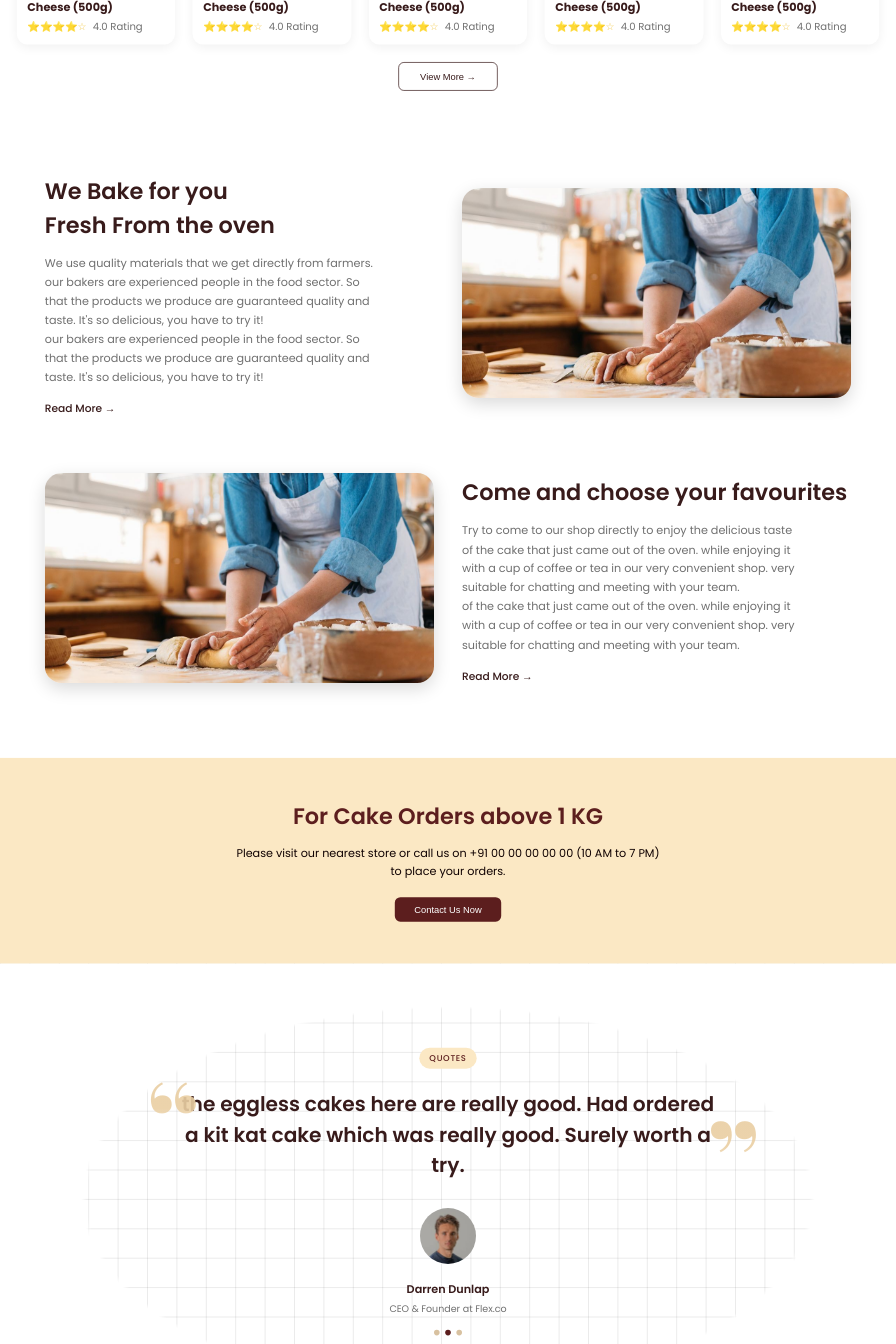
Repository: josegabrielzevallos/chocobrat-bakery-website
Page: index.html
These files come from the project's save history. The page is drawn as it stood at one moment and after the next save; the edit follows.
The browser window is 1280 px wide. The pictures show the part of the page from y = 874 to 2794 px (the page is 2922 px tall before and 4668 px after), at 70% of full size.

Above is the page before, as saved 2025-11-20 18:41:25.

### index.html
<!DOCTYPE html>
<html lang="en">
<head>
    <meta charset="UTF-8" />
    <meta name="viewport" content="width=device-width, initial-scale=1.0" />
    <title>Chocobrat Bakery</title>

    <link href="https://fonts.googleapis.com/css2?family=Poppins:wght@300;400;500;600;700&family=Playfair+Display:wght@400;600;700;800;900&display=swap" rel="stylesheet">

    <link rel="stylesheet" href="styles.css" />
</head>
<body>

    <!-- NAVBAR -->
    <header>
        <nav class="navbar container">
            <h1 class="logo">Chocobrat</h1>

            <ul class="nav-links">
                <li><a class="active" href="#">Home</a></li>
                <li class="dropdown">
                    <a href="#">Categories ▾</a>
                </li>
                <li><a href="#">About Us</a></li>
                <li><a href="#">Contact Us</a></li>
            </ul>

            <div class="nav-actions">
                <input type="text" placeholder="Search" class="search-box" />
                <button class="icon-btn">🔍</button>
                 <button class="icon-btn">👤</button>
                <button class="icon-btn">🛒</button>

            </div>
        </nav>
    </header>

    <!-- HERO SECTION -->
    <section class="hero container">
        <div>
        <div class="hero-text">
            <div class="hero-img">
                <img src="./assets/images/b1-cake.png" alt="Cake">
            </div>
            <div class="carousel container">
                <div class="slider-controls">
                    <span class="arrow" id="prev">&larr;</span>
                    <span class="slide-text">01/7</span>
                    <span class="arrow" id="next">&rarr;</span>
                </div>
                <img src="assets/images/b2-cake.jpeg" class="thumb" />
                <img src="assets/images/b3-cake-red.png" class="thumb" />
                <img src="assets/images/b4-cake.jpg" class="thumb" />

            </div>
                <h2>Bring you Happiness <br> through a piece of cake</h2>
                <p>We make different type of cakes, chocolate, soft cookies, cheesecake pie or anything you want.</p>

                <div class="hero-buttons">
                    <button class="btn primary">Order Now</button>
                    <button class="btn secondary">See All Menus</button>
                </div>
            </div>


        </div>
        <div class="hero-ba" >
            <!-- CAROUSEL STATIC -->


            <div class="title-row">
                <h2>Try Our Best Selling</h2>
                <div class="divider"></div>
                <p>Here’s our best creations that everyone loves. Lightness and sweetness of the cake...</p>
            </div>
        </div>
    </section>



    <!-- BEST SELLING SECTION -->
    <section class="best-selling container">


        <div class="product-grid">

            <!-- CARD 1 -->
            <article class="card">
                <img src="assets/images/b5-cakes.png" alt="">
                <h3>Red Velvet & Cream Cheese (500g)</h3>
                <div class="rating">
                    ⭐⭐⭐⭐☆ <span>4.0 Rating</span>
                </div>
            </article>

            <!-- CARD 2 -->
            <article class="card">
                <img src="assets/images/b6-cakes.png" alt="">
                <h3>Red Velvet & Cream Cheese (500g)</h3>
                <div class="rating">
                    ⭐⭐⭐⭐☆ <span>4.0 Rating</span>
                </div>
            </article>

            <!-- CARD 3 -->
            <article class="card">
                <img src="assets/images/b7-cakes.png" alt="">
                <h3>Red Velvet & Cream Cheese (500g)</h3>
                <div class="rating">
                    ⭐⭐⭐⭐☆ <span>4.0 Rating</span>
                </div>
            </article>

            <!-- CARD 4 -->
            <article class="card">
                <img src="assets/images/b8-cakes.png" alt="">
                <h3>Red Velvet & Cream Cheese (500g)</h3>
                <div class="rating">
                    ⭐⭐⭐⭐☆ <span>4.0 Rating</span>
                </div>
            </article>
              <!-- CARD 5 -->
            <article class="card">
                <img src="assets/images/b9-cakes.png" alt="">
                <h3>Red Velvet & Cream Cheese (500g)</h3>
                <div class="rating">
                    ⭐⭐⭐⭐☆ <span>4.0 Rating</span>
                </div>
            </article>
        </div>

        <center>
            <button class="btn view-more">View More →</button>
        </center>
    </section>

        <!-- STORY / ABOUT BAKERY SECTION -->
    <section class="story container">
        <article class="story-card">

            <div class="story-text">
                <h2>We Bake for you<br>Fresh From the oven</h2>
                <p>
                    We use quality materials that we get directly from farmers.
                    <br>our bakers are experienced people in the food sector. So
                    <br>that the products we produce are guaranteed quality and
                    <br>taste. It's so delicious, you have to try it!
                    <br>our bakers are experienced people in the food sector. So
                    <br>that the products we produce are guaranteed quality and
                    <br>taste. It's so delicious, you have to try it!
                </p>
                <a href="#" class="story-link">Read More →</a>
            </div>
            <div class="story-img">
                <img src="./assets/images/b9-women.jpeg" alt="Baker preparing pastry">
            </div>

        </article>


        <article class="story-card">

            <div class="story-img">
                <img src="./assets/images/b9-women.jpeg" alt="Baker rolling dough">
            </div>

            <div class="story-text">
                <h2>Come and choose your favourites</h2>
                <p>
                    Try to come to our shop directly to enjoy the delicious taste
                    <br>of the cake that just came out of the oven. while enjoying it
                    <br>with a cup of coffee or tea in our very convenient shop. very
                    <br>suitable for chatting and meeting with your team.
                    <br>of the cake that just came out of the oven. while enjoying it
                    <br>with a cup of coffee or tea in our very convenient shop. very
                    <br>suitable for chatting and meeting with your team.
                </p>
                <a href="#" class="story-link">Read More →</a>
            </div>

        </article>

    </section>

    <!-- CAKE ORDER BANNER -->
    <section class="order-banner">
        <div class="order-banner-inner">
            <h2>For Cake Orders above 1 KG</h2>
            <p>
                Please visit our nearest store or call us on +91 00 00 00 00 00 (10 AM to 7 PM)
            <br>
                to place your orders.
            </p>
            <button class="btn primary order-btn">Contact Us Now</button>
        </div>
    </section>

    <!-- QUOTES SECTION -->
    <section class="quotes-section">
        <div class="container quotes-inner">
            <span class="quotes-label">QUOTES</span>

            <p class="quote-text">
                the eggless cakes here are really good. Had ordered a kit kat cake which was
                really good. Surely worth a try.
            </p>

            <div class="quote-author">
                <div class="quote-avatar">
                    <img src="./assets/images/b10-man.jpeg" alt="Darren Dunlap">
                </div>
                <h3>Darren Dunlap</h3>
                <p class="quote-role">CEO &amp; Founder at Flex.co</p>

                <div class="quote-dots">
                    <span class="quote-dot"></span>
                    <span class="quote-dot active"></span>
                    <span class="quote-dot"></span>
                </div>
            </div>
        </div>
    </section>

</body>
</html>

### styles.css
/* ===== RESET ===== */
* {
    margin: 0;
    padding: 0;
    box-sizing: border-box;
}

body {
    font-family: "Poppins", sans-serif;
    background-color: #ffffff;
    background-color: #FFF;
    color: #381B1B;
}

.container {
    max-width: 1478px;
    margin: 0 auto;        /* centra TODAS las secciones */
    padding: 0 24px;        /* padding uniforme sin empujar a la izquierda */
}


/* ===== NAVBAR ===== */
header {
    background: #FFF;
    padding: 0px 0;
}

.navbar {
    display: flex;
    align-items: center;
    justify-content: space-between;
}

.logo {
    font-size: 1.8rem;
    font-weight: 600;
}

.nav-links {
    display: flex;
    list-style: none;
    gap: 30px;
}

.nav-links a {
    text-decoration: none;
    color: #6F6F6F;
    font-weight: 500;
}

.nav-links .active {
    color: #381B1B;
    font-weight: 600;
}

.nav-actions {
    display: flex;
    align-items: center;
    gap: 12px;
}

.search-box {
    padding: 10px 15px;
    border-radius: 8px;
    border: 1px solid #ddd;
}

.icon-btn {
    background: #5C1E1E;
    color: #fff;
    padding: 10px;
    border-radius: 8px;
    border: none;
}

/* ===== HERO ===== */
.hero {
    /* display: flex; */
    display: block;
    align-items: center;
    justify-content: space-between;
    background: linear-gradient(to right, white, #f1ecdc);

    margin-top: 40px;
    background-color: #FFF8F2;
    border-radius: 16px;
}

.hero-text {
    max-width: 100%;
}
.hero-back{
    /* float: right; */
    margin-top: 200px;
    margin-right: 50px;
}

.hero-text h2 {
    font-size: 2.8rem;
    line-height: 1.2;
    margin-bottom: 15px;
}

.hero-text p {
    font-size: 1rem;
    color: #6F6F6F;
    margin-bottom: 25px;
}

.hero-buttons {
    display: flex;
    gap: 15px;
}

.btn {
    padding: 12px 30px;
    font-weight: 500;
    border-radius: 8px;
    border: none;
    cursor: pointer;
}

.primary {
    background: #5C1E1E;
    color: white;
}

.secondary {
    background: white;
    border: 1px solid #5C1E1E;
    color: #5C1E1E;
}

.hero-img img {
    width: 480px;
    border-radius: 12px;
    float: right;
}

/* ===== CAROUSEL ===== */
.carousel {
    margin-top: -125px;
    display: flex;
    gap: 10px;
    clear: both;
    overflow-x: hidden;
    padding-bottom: 10px;
    float:right;
    background: #f6ffff59;
    border-top-left-radius: 64px;
    border-bottom-left-radius: 64px;

}

.slider-controls {
      display: flex;
      align-items: center;
      gap: 16px;           /* espacio entre flecha y texto */
      font-family: Arial, sans-serif;
      font-size: 18px;
    }

.divider {
  width: 1.5px;
  height: 53px; /* Ajusta el largo de la línea */
  background-color: #000000; /* Color suave como en tu imagen */
    background-color: #FFF8F2;
    border-radius: 16px;
}

.thumb {
    width: 180px;
    height: 110px;
    border-radius: 12px;
    object-fit: cover;
}

/* ===== BEST SELLING ===== */
.best-selling {
    margin-top: 60px;
}

.title-row {
    display: flex;
    justify-content: space-between;
    margin-bottom: 30px;
    clear: both;
    padding-top: 60px;
}

.title-row h2 {
    font-size: 2rem;
    color: #381B1B;
}

.title-row p {
    max-width: 45%;
    color: #6F6F6F;
}

/* ===== PRODUCT GRID ===== */
.product-grid {
    display: grid;
    grid-template-columns: repeat(5, 1fr);
    gap: 25px;
    margin-top: 30px;
}

.card {
    background: #fff;
    padding: 15px;
    border-radius: 15px;
    box-shadow: 0 4px 15px rgba(0,0,0,0.06);
}

.card img {
    width: 100%;
    height: 180px;
    border-radius: 12px;
    object-fit: cover;
}

.card h3 {
    margin: 12px 0 5px;
    font-size: 1rem;
}

.rating {
    color: #F2C94C;
    font-size: 0.9rem;
}

.rating span {
    color: #6F6F6F;
    margin-left: 5px;
}

.view-more {
    margin-top: 25px;
    background: white;
    border: 1px solid #381B1B;
    color: #381B1B;
}

/* ===== STORY / ABOUT BAKERY SECTION ===== */
.story {
    margin-top: 80px;
    display: flex;
    flex-direction: column;
    gap: 6  0px;
}

.story-card {
    display: flex;
    align-items: center;
    justify-content: space-between;   /* nuevo */
    gap: 40px;
    padding: 40px;
}

.story-card-reverse {
    flex-direction: row-reverse;
}

.story-text {
    flex: 1;        /* 50% del espacio */
}

.story-text h3 {
    font-size: 1rem;
    font-weight: 500;
    color: #A35A4A;
    margin-bottom: 4px;
}

.story-text h2 {
    font-size: 2rem;
    font-weight: 600;
    margin-bottom: 16px;
    color: #381B1B;
}

.story-text p {
    color: #6F6F6F;
    line-height: 1.7;
    margin-bottom: 18px;
}

.story-link {
    text-decoration: none;
    font-weight: 500;
    color: #381B1B;
    font-size: 0.95rem;
}

.story-img {
    flex: 1;        /* 50% del espacio */
}

.story-img img {
    width: 100%;
    height: 100%;
    max-height: 300px;     /* evita que se extienda demasiado */
    object-fit: cover;
    border-radius: 24px;
    box-shadow: 0 8px 25px rgba(0, 0, 0, 0.15);
}

/* ===== ORDER BANNER ===== */
.order-banner {
    background-color: #FBE8C4;   /* banda beige */
    padding: 60px 20px;
    margin-top: 60px;
}

.order-banner-inner {
    max-width: 800px;
    margin: 0 auto;
    text-align: center;
}

.order-banner h2 {
    font-size: 2rem;
    font-weight: 600;
    color: #5C1E1E;             /* marrón del botón/nav */
    margin-bottom: 16px;
}

.order-banner p {
    color: #0f0101;
    line-height: 1.6;
    margin-bottom: 24px;
}

.order-btn {
    /* ya hereda .btn y .primary, solo ajustamos un poco el tamaño */
    padding: 10px 28px;
    border-radius: 8px;
}

/* ===== QUOTES / TESTIMONIAL SECTION ===== */
.quotes-section {
    position: relative;
    padding: 80px 20px 100px;
    background-color: #FFFFFF;

    /* cuadrícula punteada */
    background-image:
        repeating-linear-gradient(
            to right,
            rgba(0,0,0,0.08) 0px,
            rgba(0,0,0,0.08) 1px,
            transparent 1px,
            transparent 70px
        ),
        repeating-linear-gradient(
            to bottom,
            rgba(0,0,0,0.08) 0px,
            rgba(0,0,0,0.08) 1px,
            transparent 1px,
            transparent 70px
        );

    background-size: 19.5px 19.5px;
}

.quotes-inner {
    text-align: center;
}

.quotes-label {
    display: inline-block;
    padding: 6px 14px;
    font-size: 0.75rem;
    letter-spacing: 0.08em;
    text-transform: uppercase;
    border-radius: 999px;
    background-color: #FBE8C4;
    color: #5C1E1E;
    font-weight: 500;
}

/* COMILLAS GRANDES DE FONDO */
.quote-text {
    position: relative;
    max-width: 780px;
    margin: 30px auto 40px;
    font-size: 1.8rem;
    line-height: 1.5;
    font-weight: 600;
    color: #381B1B;
    z-index: 2;
}

.quote-text::before,
.quote-text::after {
    font-family: 'Playfair Display', serif;
    position: absolute;
    font-size: 150px;
    font-weight: 950;
    pointer-events: none;
    z-index: 0;

    /* degradado real */
    background: linear-gradient(
        to bottom,
        #e7cda4 0%,
        #eacfa3 45%,
        rgba(255,255,255,0.8) 80%,
        rgba(255,255,255,1) 100%
    );
    -webkit-background-clip: text;
    color: transparent;

    opacity: 0.9;  /* alta para que se note la panza blanca */
}


.quote-text::before {
    content: "“";
    left: -40px;
    top: -75px;
}

.quote-text::after {
    content: "”";
    right: -55px;
    bottom: -75px;
}


.quote-author {
    display: flex;
    flex-direction: column;
    align-items: center;
    gap: 6px;
}

.quote-avatar img {
    width: 80px;
    height: 80px;
    border-radius: 50%;
    object-fit: cover;
    /*box-shadow: 0 8px 25px rgba(0, 0, 0, 0.15);*/
}

.quote-author h3 {
    margin-top: 10px;
    font-size: 1rem;
    font-weight: 600;
    color: #381B1B;
}

.quote-role {
    font-size: 0.85rem;
    color: #6F6F6F;
}

/* tres puntitos inferiores */
.quote-dots {
    margin-top: 14px;
    display: flex;
    gap: 8px;
    justify-content: center;
}

.quote-dot {
    width: 8px;
    height: 8px;
    border-radius: 50%;
    background-color: #D8C1A0;
}

.quote-dot.active {
    width: 8px;
    height: 8px;
    background-color: #5C1E1E;
}

/* OVAL TRANSPARENTE EN EL CENTRO DE LA SECCION */
.quotes-section {
    position: relative;
    padding: 120px 0 140px;

    /* cuadrícula que ya tenés */
    background-color: #FFFFFF;
    background-image:
        repeating-linear-gradient(
            to right,
            rgba(0,0,0,0.08) 0px,
            rgba(0,0,0,0.08) 1px,
            transparent 1px,
            transparent 42px
        ),
        repeating-linear-gradient(
            to bottom,
            rgba(0,0,0,0.08) 0px,
            rgba(0,0,0,0.08) 1px,
            transparent 1px,
            transparent 42px
        );
    background-size: 42px 42px;
}

/* Circulo con interior transparente */
.quotes-section::before {
    content: "";
    position: absolute;
    inset: 0;

    background: white;

    /* zona central recortada (transparente) */
    mask-image: radial-gradient(
        ellipse 95% 85% at center,   /* ancho y alto equilibrados */
        transparent 62%,             /* zona visible moderada */
        black 63%
    );

    -webkit-mask-image: radial-gradient(
        ellipse 65% 65% at center,
        transparent 62%,
        black 63%
    );

    pointer-events: none;
    z-index: 2; /* Cubre todo excepto el centro */
}

/* El contenido debe quedar encima del recorte */
.quotes-inner {
    position: relative;
    z-index: 3;
}

After the next save:
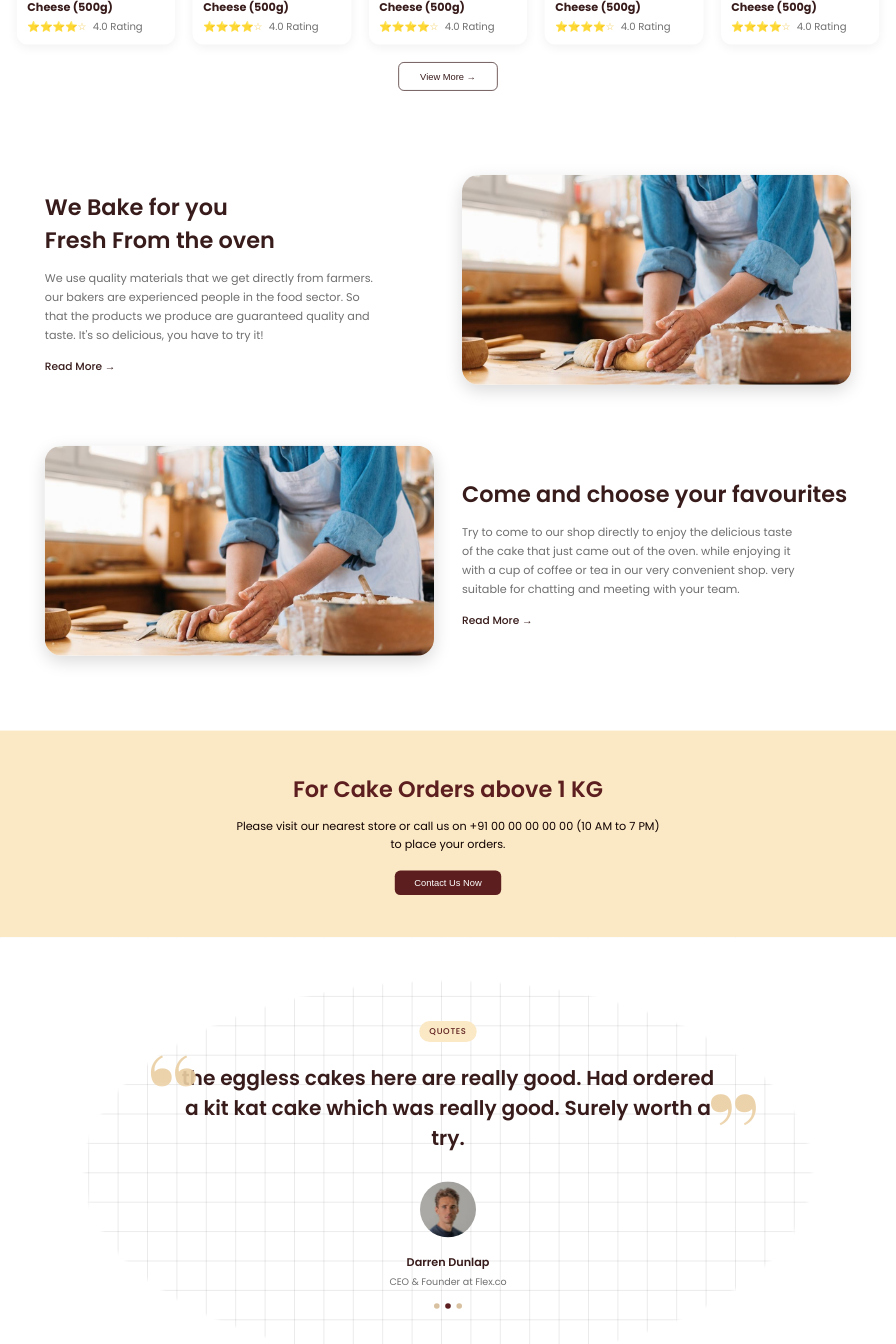
Saved 3 min 54 s later.
--- a/index.html
+++ b/index.html
@@ -145,9 +145,6 @@
                     <br>our bakers are experienced people in the food sector. So
                     <br>that the products we produce are guaranteed quality and
                     <br>taste. It's so delicious, you have to try it!
-                    <br>our bakers are experienced people in the food sector. So
-                    <br>that the products we produce are guaranteed quality and
-                    <br>taste. It's so delicious, you have to try it!
                 </p>
                 <a href="#" class="story-link">Read More →</a>
             </div>
@@ -168,9 +165,6 @@
                 <h2>Come and choose your favourites</h2>
                 <p>
                     Try to come to our shop directly to enjoy the delicious taste
-                    <br>of the cake that just came out of the oven. while enjoying it
-                    <br>with a cup of coffee or tea in our very convenient shop. very
-                    <br>suitable for chatting and meeting with your team.
                     <br>of the cake that just came out of the oven. while enjoying it
                     <br>with a cup of coffee or tea in our very convenient shop. very
                     <br>suitable for chatting and meeting with your team.
@@ -220,6 +214,35 @@
             </div>
         </div>
     </section>
-
+    <!-- FOOTER -->
+    <footer class="site-footer">
+        <div class="footer-top container">
+            <div class="footer-logo">Chocobrat</div>
+
+            <ul class="footer-nav">
+                <li><a href="#">Home</a></li>
+                <li><a href="#">Categories</a></li>
+                <li><a href="#">About Us</a></li>
+                <li><a href="#">Contact Us</a></li>
+                <li><a href="#">Careers</a></li>
+                <li><a href="#">Help</a></li>
+                <li><a href="#">Privacy</a></li>
+            </ul>
+        </div>
+
+        <hr class="footer-divider">
+
+        <div class="footer-bottom container">
+            <p class="footer-copy">© 2021 Chocobrat. All rights reserved.</p>
+
+            <div class="footer-social">
+                <a href="#"><img src="./assets/icons/ic-facebook.png"  alt="Facebook"></a>
+                <a href="#"><img src="./assets/icons/ic-twitter.png"   alt="Twitter"></a>
+                <a href="#"><img src="./assets/icons/ic-instagram.png" alt="Instagram"></a>
+                <a href="#"><img src="./assets/icons/ic-github.png"    alt="GitHub"></a>
+                <a href="#"><img src="./assets/icons/ic-linkedin.png"  alt="LinkedIn"></a>
+            </div>
+        </div>
+    </footer>
 </body>
 </html>
